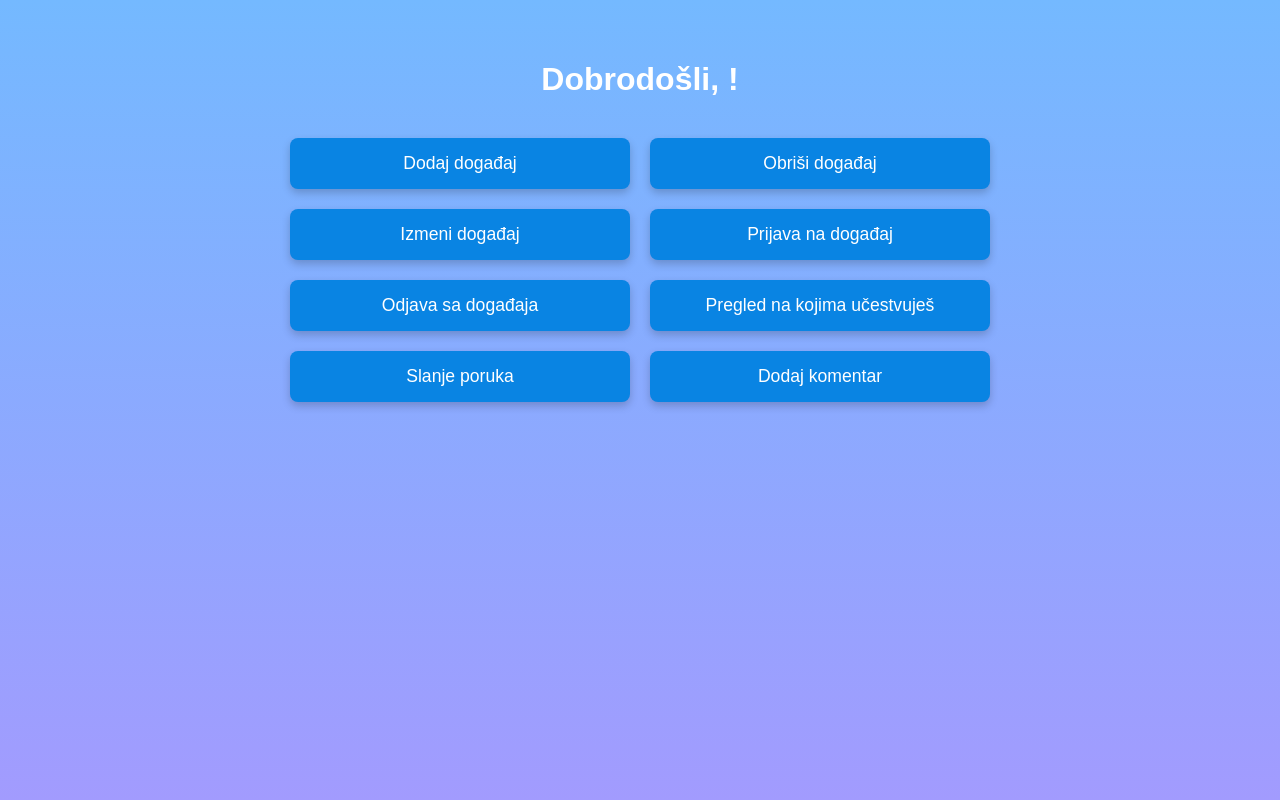
Repository: OggyWeiss/Projekat
Page: http://localhost/DogadjajiWEB/korisnik/korisnikHome.jsp
These files come from the project's save history. The page is drawn as it stood at one moment and after the next save; the edit follows.
The browser window is 1280 px wide. The pictures show the whole page.
The page is served by Tomcat 10. The template is opened directly, without the code that normally fills it, so the values that code supplies are empty.

Above is the page before, as saved 2025-09-06 10:08:03.

After the next save:
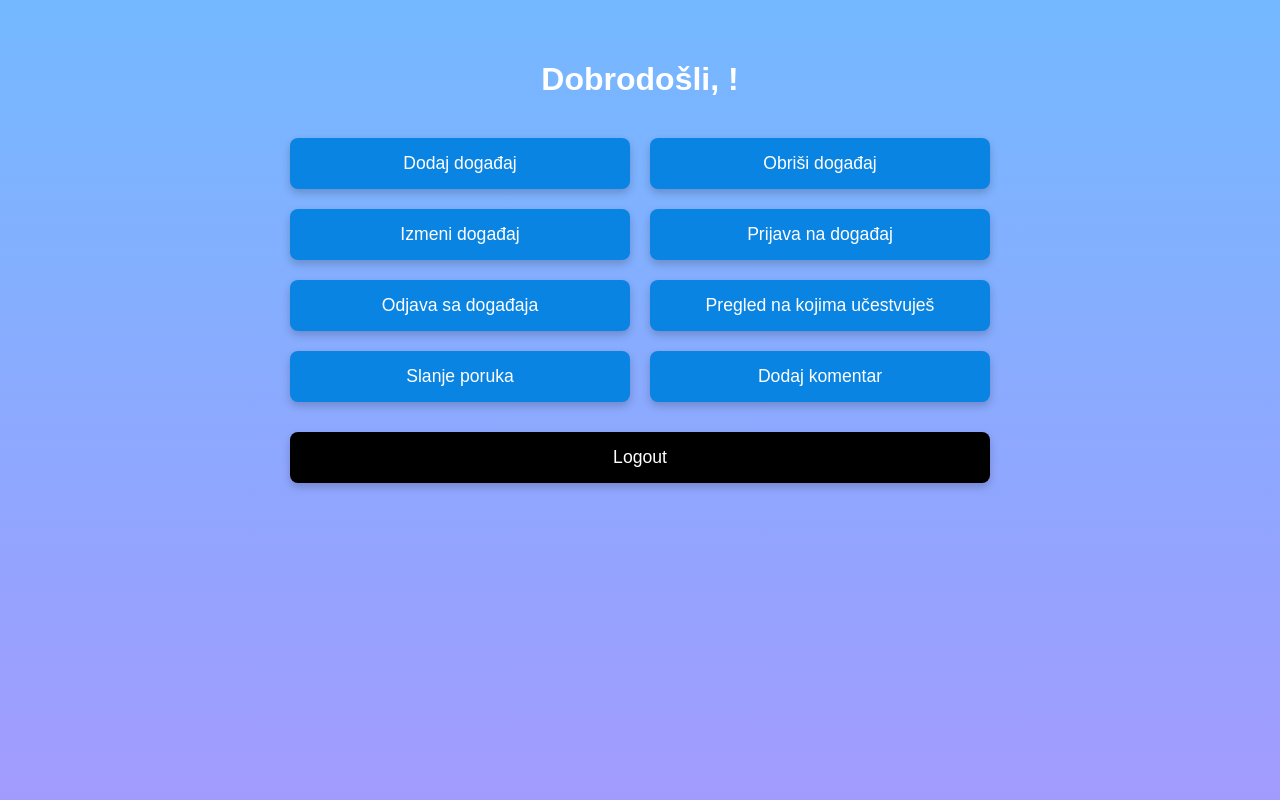
Saved 8 min 48 s later.
--- a/DogadjajiWEB/src/main/webapp/korisnik/korisnikHome.jsp
+++ b/DogadjajiWEB/src/main/webapp/korisnik/korisnikHome.jsp
@@ -60,5 +60,12 @@
         <a href="/Dogadjaji/porukaController/slanjePoruke" class="btn">Slanje poruka</a>
         <a href="/Dogadjaji/dogadjajController/dodajKomentar" class="btn">Dodaj komentar</a>
     </div>
+
+
+    <div class="btn-container" style="margin-top: 30px;">
+        <form action="/Dogadjaji/loginController/odjava" method="get" style="width: 100%; display: flex; justify-content: center;">
+            <button type="submit" class="btn" style="background-color: black; width: 250px;">Logout</button>
+        </form>
+    </div>
 </body>
 </html>
